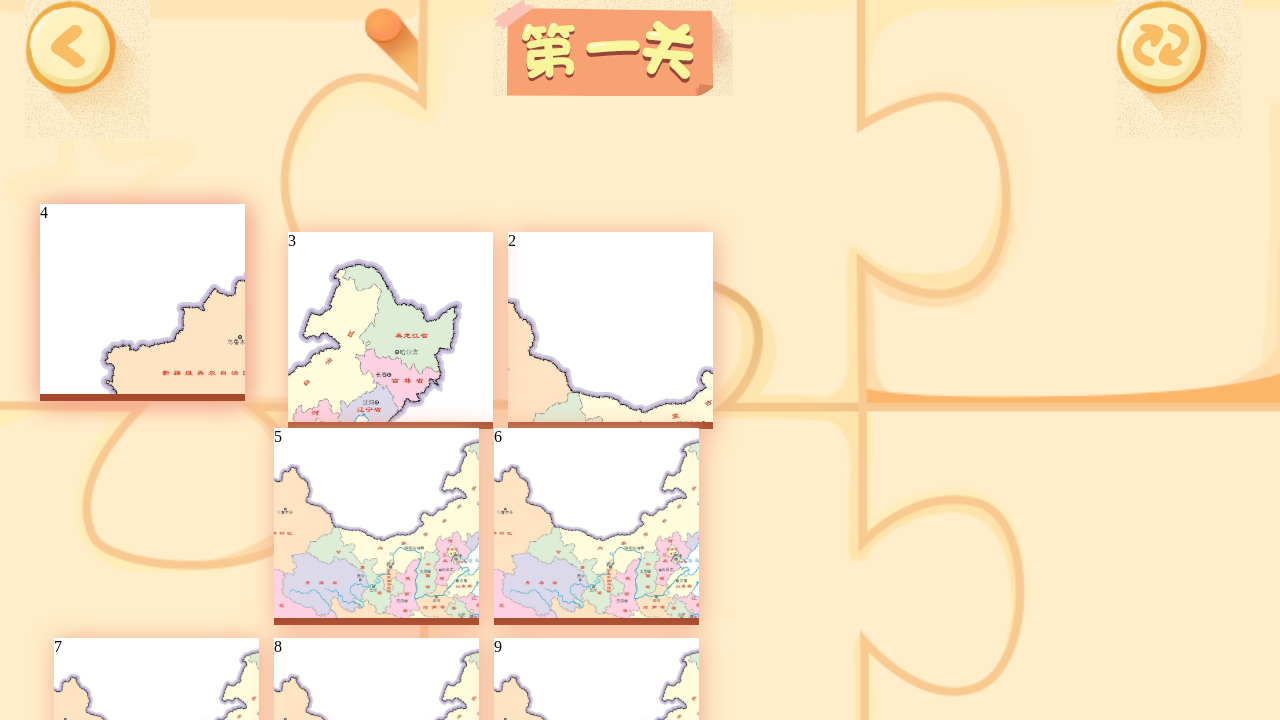
Repository: RedrockTeam/China-map-puzzle
Page: /#/second
These files come from the project's save history. The page is drawn as it stood at one moment and after the next save; the edit follows.
The browser window is 1280 px wide. The pictures show the whole page.
Some web fonts or font styles are not loaded; a fallback is used. The project was rebuilt for these pictures with package versions that can differ from the ones it lists, and the page was loaded fresh each time. Also part of the build but not shown: vue.config.js, src/network/request.js, src/views/home.vue, src/views/pass.vue, src/components/dialog.vue, src/views/first.vue.

Above is the page before, as saved 2019-09-25 09:29:31.

### public/index.html
<!DOCTYPE html>
<html lang="en">

<head>
  <meta charset="utf-8">
  <meta http-equiv="X-UA-Compatible" content="IE=edge">
  <meta name="viewport" content="width=device-width,initial-scale=1.0">
  <link rel="icon" href="<%= BASE_URL %>favicon.ico">
  <title>puzzle-game</title>
</head>

<body>
  <noscript>
    <strong>We're sorry but my doesn't work properly without JavaScript enabled. Please enable it to continue.</strong>
  </noscript>
  <div id="app"></div>
  <!-- built files will be auto injected -->


 </body>
</html>

### src/main.js
import Vue from 'vue'
import App from './App.vue'
import router from './router'
import store from './store'
// import ApiService from './common/service/api'

import './assets/styles/common.css'
import './assets/font/font.css'

// Vue.config.productionTip = false

// ApiService.init()

new Vue({
  router,
  store,
  render: h => h(App)
}).$mount('#app')

### src/App.vue
<template>
  <div>
    <router-view></router-view>
  </div>
</template>

<script>
export default {
  name: 'App',
  data() {
    return {};
  }
};
</script>
<style>
</style>

### src/router/index.js
import Vue from 'vue'
import Router from 'vue-router'
import Home from '../views/home.vue'
import Result from '../views/result.vue'
import Pass from '../views/pass.vue'
import Button from '../components/dialog.vue'
import First from '../views/first.vue'
import Second from '../views/second.vue'

Vue.use(Router)

export default new Router({
  routes: [{
    path: '/',
    redirect: '/home'
  },
  {
    path: '/home',
    name: 'home',
    component: Home,
  },
  {
    path: '/pass',
    name: 'pass',
    component: Pass,
  },
  {
    path: '/result',
    name: 'result',
    component: Result,
  },
  {
    path: '/button',
    name: 'button',
    component: Button,
  },
  {
    path: '/first',
    name: 'first',
    component: First
  },
  {
    path: '/second',
    name: 'second',
    component: Second
  }



  ]


})

### src/store/index.js
import Vue from 'vue'
import Vuex from 'vuex'
import {
  isContext
} from 'vm';

Vue.use(Vuex)

export default new Vuex.Store({
  state: {
    time: {
      minute: 0,
      second: 0,
      millisecond: 0,
      timecount: '00:00:00',
    },
  },
  mutations: {
    //开始
    start() {
      var that = this;
      //停止（暂停）
      clearInterval(time);
      //时间重置
      that.setData({
        minute: 0,
        second: 0,
        millisecond: 0,
      })
      time = setInterval(function () {
        that.timer()
      }, 50);
      time = () => {
        that.timer()
      }
    },
    //停止
    stop() {
      var that = this
      clearInterval(intt);
      that.setData({
        minute: 0,
        second: 0,
        millisecond: 0,
        timecount: '00:00:00',
      })
    },
    timer() {
      var that = this;
      console.log(that.data.millisecond)
      that.setData({
        millisecond: that.data.millisecond + 5
      })
      if (that.data.millisecond >= 100) {
        that.setData({
          millisecond: 0,
          second: that.data.second + 1
        })
      }
      if (that.data.second >= 60) {
        that.setData({
          second: 0,
          minute: that.data.minute + 1
        })
      }
      that.setData({
        timecount: that.data.minute + ":" + that.data.second + ":" + that.data.millisecond
      })
    },
  },
  actions: {
    // time = setInterval(function () {
    //   context.commit('time')
    // }, 50)
  }
})

### src/assets/styles/common.css
/* global */
* {
    margin: 0;
    padding: 0;
}

html {
    overflow-y: scroll;
    overflow-x: hidden;

}

html,
body {
    width: 100%;
}

a {
    text-decoration: none;
    text-align: center;
    cursor: pointer;
    color: black;
    outline: none;
}

a:hover {
    text-decoration: underline;
}

ul,
ol {
    list-style: none;
}

.clear {
    clear: both;
}

### src/assets/font/font.css
@font-face {
    font-family: "Tanuki";
    font-weight: normal;
    font-style: normal;
    src: url('./Tanuki.ttf') format('truetype');
}

@font-face {
    font-family: "Cotton";
    font-weight: normal;
    font-style: normal;
    src: url('./cotton.ttf') format('truetype');
}

### src/views/result.vue
<template>
  <div class="bg">
    <div class="head">
      <div class="back"></div>
      <div class="title"></div>
      <div class="front"></div>
    </div>

    <div class="contain">
      <div class="score">
        <div>
          <p>
            <span class="clock"></span>
            <span class="word">我的时间：</span>
          </p>
          <p>
            <i class="grade"></i>
            <span class="word">我的成绩：</span>
          </p>
        </div>
      </div>
      <div class="list">
        <p class="list_item first">
          <span class="icon"></span>
          <span class="nickname">这是我的昵称</span>
          <span class="time">10s</span>
        </p>
        <p class="list_item second">
          <span class="icon"></span>
          <span class="nickname">这是我的昵称</span>
          <span class="time">10s</span>
        </p>
        <p class="list_item third">
          <span class="icon"></span>
          <span class="nickname">这是我的昵称</span>
          <span class="time">10s</span>
        </p>
        <p class="list_item">
          <span class="normal">4</span>
          <span class="nickname">这是我的昵称</span>
          <span class="time">10s</span>
        </p>
        <p class="list_item">
          <span class="normal">4</span>
          <span class="nickname">这是我的昵称</span>
          <span class="time">10s</span>
        </p>
      </div>
    </div>
    <div class="line"></div>
  </div>
</template>

<style>
.bg {
  position: absolute;
  top: 0;
  left: 0;
  height: 100%;
  width: 100%;
  background: url("../assets/img/pass/background.png");
  background-size: cover;
}
.head {
  display: flex;
  margin-top: 60px;
  margin-left: 50px;
}

.back {
  background: url("../assets/img/ranking/back.png");
  width: 93px;
  height: 97px;
  background-size: cover;
  margin-right: 120px;
}
.title {
  background: url("../assets/img/ranking/ranking_title.png") no-repeat;
  width: 260px;
  height: 200px;
  background-size: 100%;
  margin-left: -40px;
}
.front {
  background: url("../assets/img/ranking/front.png");
  width: 93px;
  height: 97px;
  background-size: cover;
  margin-left: 80px;
}

.contain {
  width: 650px;
  height: 850px;
  background: #ffae72;
  margin: -15px auto 0;
}

.score {
  width: 617px;
  height: 206px;
  background: url("../assets/img/ranking/result.png");
  background-size: cover;
  padding-top: 40px;
}
.score div {
  margin-top: 20px;
  margin-left: 20px;
}

.word {
  letter-spacing: 5px;
}

.score p {
  color: #ffae72;
  font-weight: bold;
  font-size: 35px;
  padding-top: 20px;
  margin: 0 auto;
  width: 250px;
  margin-left: 50px;
  margin-top: 10px;
}

.clock,
.grade {
  width: 29px;
  height: 29px;
  display: inline-block;
  margin-right: 10px;
}
.clock {
  background: url("../assets/img/ranking/clock.png") no-repeat;
  background-size: cover;
}
.grade {
  background: url("../assets/img/ranking/list.png") no-repeat;
  background-size: cover;
}
.list {
  height: 520px;
  overflow: auto;
  margin-top: 20px;
}
::-webkit-scrollbar {
  display: none;
}
.list_item {
  background: url("../assets/img/ranking/box.png");
  width: 580px;
  height: 125px;
  background-size: cover;
  margin-left: 50px;
  display: flex;
}
.icon {
  display: inline-block;
  width: 81px;
  height: 82px;
  margin: 15px 35px;
}
.first .icon {
  background: url("../assets/img/ranking/first.png");
  background-size: cover;
}
.second .icon {
  background: url("../assets/img/ranking/second.png");
  background-size: cover;
}
.third .icon {
  background: url("../assets/img/ranking/third.png");
  background-size: cover;
}
.nickname {
  color: #ffae72;
  font-size: 35px;
  font-weight: bold;
  display: inline-block;
  margin-top: 30px;
  font-family: Tanuki;
}
.time,
.normal {
  margin-left: auto;
  margin-right: 80px;
  font-weight: bold;
  display: inline-block;
  margin-top: 20px;
  color: #ff7b5c;
  font-size: 50px;
}

.line {
  width: 570px;
  height: 36px;
  background: url("../assets/img/ranking/line.png");
  background-size: cover;
  margin-left: 100px;
  margin-top: -50px;
}
</style>

<script>
export default {};
</script>

### src/views/second.vue
<template>
  <div class="game">
    <div class="header">
      <div class="back_shadow">
        <div class="back"></div>
      </div>
      <div class="title">
        <img src="../assets/img/game/one.png" />
      </div>
      <div class="refresh_shadow">
        <div class="refresh"></div>
      </div>
    </div>
    <div class="main" ref="main">
      <div class="piece chosen first" ref="pic" data-index="1">1</div>
      <div class="piece second" ref="pic" data-index="2">2</div>
      <div class="piece third" ref="pic" data-index="3">3</div>
      <div class="piece four" ref="pic" data-index="4">4</div>
      <div class="piece five" ref="pic" data-index="5">5</div>
      <div class="piece six" ref="pic" data-index="6">6</div>
      <div class="piece seven" ref="pic" data-index="7">7</div>
      <div class="piece eight" ref="pic" data-index="8">8</div>
      <div class="piece nine" ref="pic" data-index="9">9</div>
    </div>
    <div class="showpic_shadow">
      <div class="showpic">长按可看3s原图</div>
    </div>
  </div>
</template>

<script>
export default {
  data() {
    return {
      firstX: null,
      firstY: null,
      number: 0
    };
  },
  mounted() {
    this.random();
    this.moveImage();
  },

  methods: {
    moveImage() {
      let pics = this.$refs.main.children;
      let picWidth = pics[0].offsetWidth;
      let picHeight = pics[0].offsetHeight;
      let boxWidth = this.$refs.main.offsetWidth;
      let boxHeight = this.$refs.main.offsetHeight;
      let dx,
        dy,
        newLeft,
        newTop,
        firstX,
        firstY,
        firstIndex,
        firstPic,
        secondPic;
      let number = this.number;
      let isSuccess = this.isSuccess;
      for (var i = 0; i < pics.length; i++) {
        pics[i].addEventListener("touchstart", function(e) {
          this.style.zIndex = 100;
          this.startX = this.offsetLeft;
          this.startY = this.offsetTop;
          this.style.transition = "none";
          console.log(number);
          if (number == 0) {
            firstX = this.startX;
            firstY = this.startY;
            firstIndex = this.getAttribute("data-index");
            firstPic = this;
            number += 1;
          } else if (number == 1) {
            this.startX = this.offsetLeft;
            this.startY = this.offsetTop;
            secondPic = this;
            firstPic.style.left = this.startX + "px";
            firstPic.style.top = this.startY + "px";
            firstPic.setAttribute(
              "data-index",
              this.getAttribute("data-index")
            );
            secondPic.style.left = firstX + "px";
            secondPic.style.top = firstY + "px";
            secondPic.setAttribute("data-index", firstIndex);
            number = 0;
            if (isSuccess() == true) {
              alert.log("true");
            }
          }
        });
      }
      return pics;
    },

    random(a, b) {
      var a = Math.floor(Math.random() * 4);
      var b = Math.floor(Math.random() * 4);
      let pics = this.$refs.main.children;
      var aEle = pics[a];
      var bEle = pics[b];

      var _left;
      _left = aEle.offsetLeft;
      aEle.style.left = bEle.offsetLeft + "px";
      bEle.style.left = _left + "px";
      var _top;
      _top = aEle.offsetTop;
      aEle.style.top = bEle.offsetTop + "px";
      bEle.style.top = _top + "px";
      var _index;
      _index = aEle.getAttribute("data-index");
      aEle.setAttribute("data-index", bEle.getAttribute("data-index"));
      bEle.setAttribute("data-index", _index);
    },

    isSuccess() {
      console.log("try");
      let pics = this.$refs.main.children;
      console.log(pics);
      var str = "";
      for (var i = 0; i < pics.length; i++) {
        str += pics[i].getAttribute("data-index");
      }
      console.log(str);
      if (str == "1234") {
        return true;
      }
      return false;
    }
  }
};
</script>
<style lang="scss" scoped>
.game {
  position: absolute;
  top: 0;
  left: 0;
  height: 100%;
  width: 100%;
  background: url("../assets/img/pass/background.png");
  background-size: cover;
  overflow: hidden;
  .header {
    width: 95%;
    height: 140px;
    margin: 0 auto 24px 25px;
    display: inline-flex;
    justify-content: space-between;
    .back_shadow {
      width: 125px;
      height: 139px;
      background-image: url("../assets/img/common/btn_sbg.jpg");
      background-repeat: no-repeat;
      background-position: 0% 0%;
      background-size: contain;
      .back {
        width: 92px;
        height: 95px;
        background-image: url("../assets/img/common/back.png");
        background-repeat: no-repeat;
        background-position: 0% 0%;
        background-size: contain;
      }
    }
    .title {
      width: 240px;
      height: 96px;
      background-image: url("../assets/img/game/title_bg.jpg");
      background-repeat: no-repeat;
      background-position: 0% 0%;
      background-size: contain;
      display: flex;
      justify-content: center;
      align-items: center;
      img {
        width: 54px;
        height: 17px;
      }
    }
    .refresh_shadow {
      width: 125px;
      height: 139px;
      background-image: url("../assets/img/common/btn_sbg.jpg");
      background-repeat: no-repeat;
      background-position: 0% 0%;
      background-size: contain;
      .refresh {
        width: 92px;
        height: 95px;
        background-image: url("../assets/img/common/refresh.png");
        background-repeat: no-repeat;
        background-position: 0% 0%;
        background-size: contain;
      }
    }
  }
  .main {
    width: 750px;
    height: 700px;
    position: relative;
    padding: 26px;

    .piece {
      width: 205px;
      height: 190px;
      box-shadow: 2px 2px 24px #f3a98f;
      margin: 14px 14px 0 14px;
      border-bottom: 7px solid #a6492b;
      background: url("../assets/img/button/map.jpg");
      transition: all 0.5s ease 0s;
      position: absolute;
    }
    .four {
      background-position: 60px 0;
      background-size: 300%;
    }

    .second {
      background-position-x: -150px;
      background-size: 300%;
      left: 260px;
      top: 40px;
    }
    .third {
      background-position-x: -360px;
      background-size: 300%;
      left: 480px;
      top: 40px;
    }
    .first {
      background-size: 300%;
      background-position: 60px 290px;
    }

    .five {
      background-position: 328px 306px;
      background-size: 200%;
      top: 250px;
      left: 260px;
    }
    .six {
      background-position: 328px 306px;
      background-size: 200%;
      top: 250px;
      left: 480px;
    }
    .seven {
      background-position: 328px 306px;
      background-size: 200%;
      top: 460px;
      left: 40px;
    }
    .eight {
      background-position: 328px 306px;
      background-size: 200%;
      top: 460px;
      left: 260px;
    }
    .nine {
      background-position: 328px 306px;
      background-size: 200%;
      top: 460px;
      left: 480px;
    }
    .chosen {
      border-bottom: 7px solid #da8f43;
    }
  }
  .showpic_shadow {
    width: 560px;
    height: 173px;
    margin: 60px auto auto 154px;
    background-image: url("../assets/img/game/showpic_sbg.jpg");
    background-repeat: no-repeat;
    background-position: 0% 0%;
    background-size: contain;

    .showpic {
      width: 458px;
      height: 107px;
      background-image: url("../assets/img/game/showpic_bg.png");
      background-repeat: no-repeat;
      background-position: 0% 0%;
      background-size: contain;
      text-align: center;
      line-height: 107px;
      font-family: "Cotton";
      font-size: 50px;
      color: #fffcad;
    }
  }
}
</style>

After the next save:
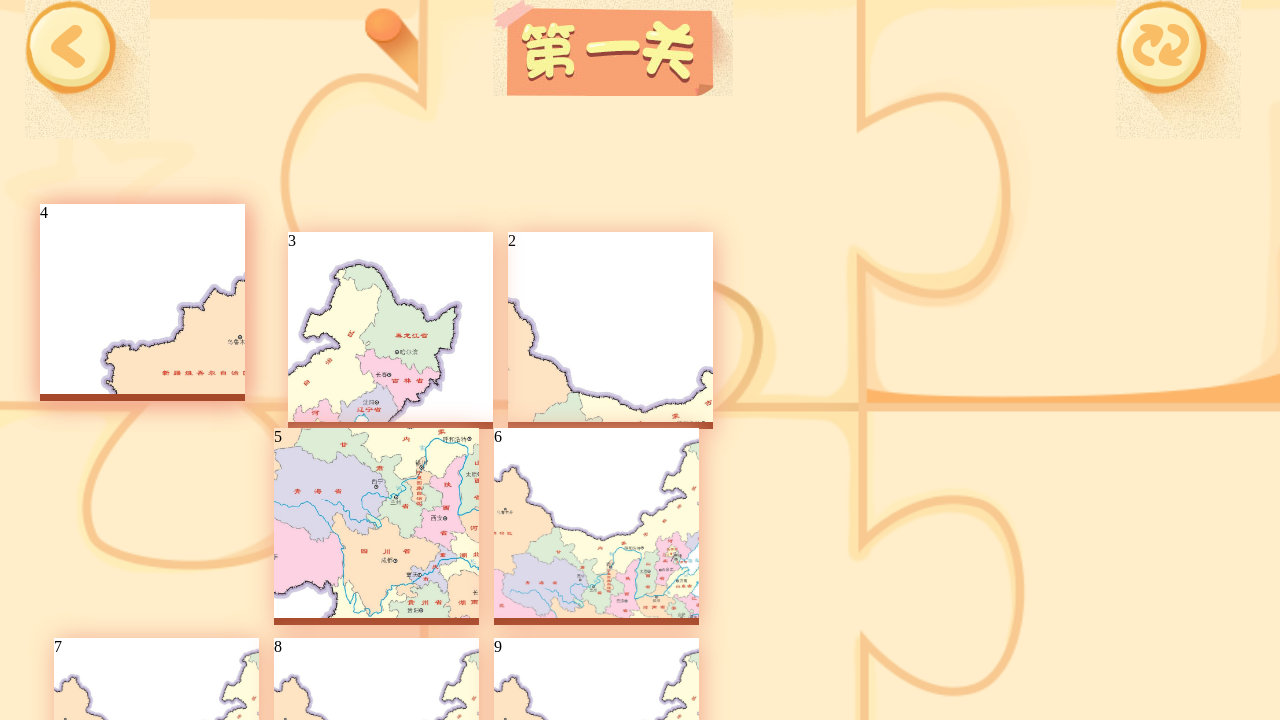
Saved 36 s later.
--- a/src/views/second.vue
+++ b/src/views/second.vue
@@ -237,8 +237,8 @@
     }
 
     .five {
-      background-position: 328px 306px;
-      background-size: 200%;
+      background-size: 300%;
+      background-position: -150px 290px;
       top: 250px;
       left: 260px;
     }
